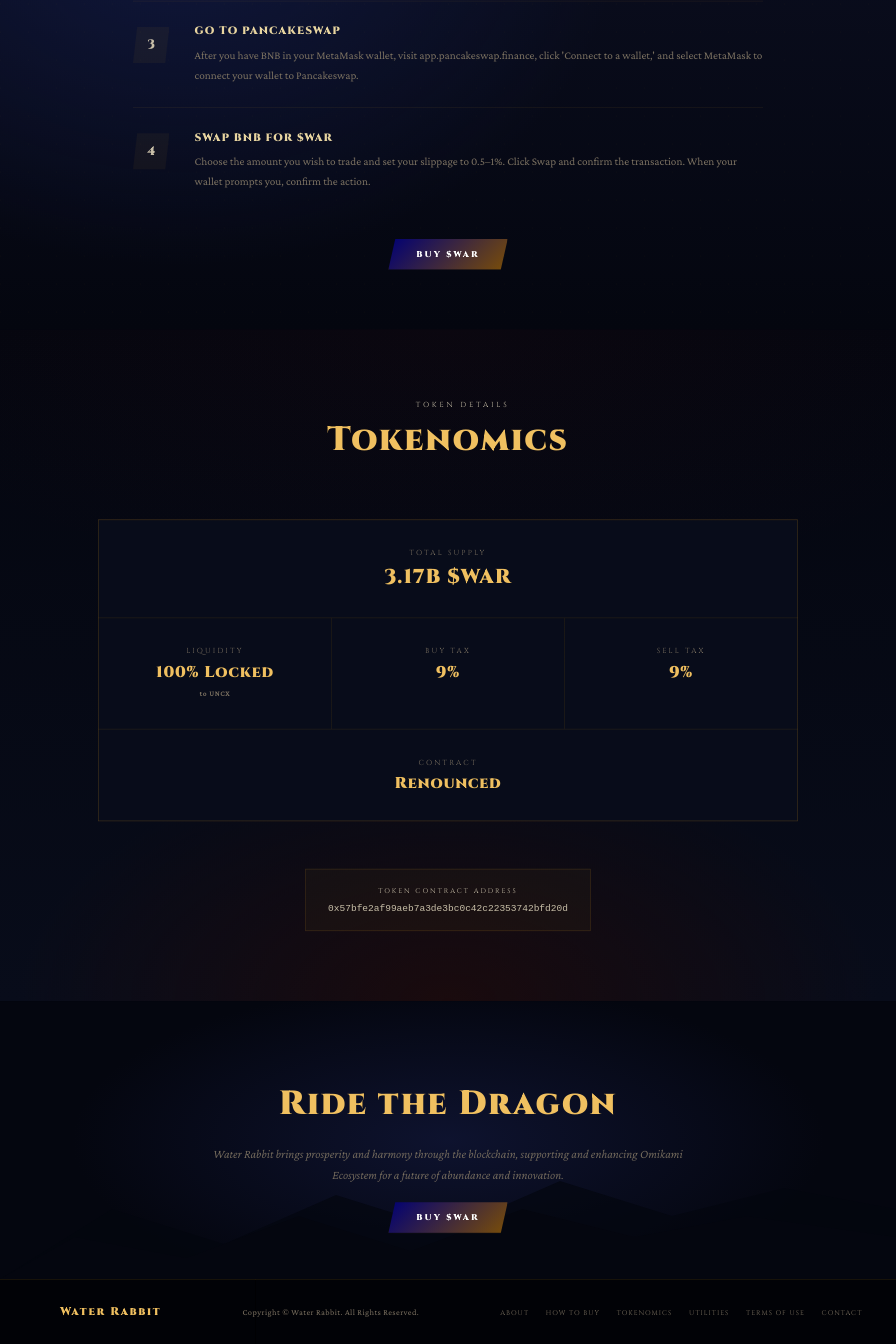
Repository: joshuaonazi/waterrabbit
Page: index.html
An editor plug-in stored every save of this project. The page is shown before and after the next save, followed by the edit.
The browser window is 1280 px wide. The pictures show the part of the page from y = 2433 to 4353 px (the page is 4353 px tall), at 70% of full size.

Above is the page before, as saved 2026-04-24 20:56:12.

### index.html
<!DOCTYPE html>
<html lang="en">

<head>
    <meta charset="UTF-8" />
    <meta name="viewport" content="width=device-width, initial-scale=1.0" />
    <title>WATER RABBIT</title>
    <link rel="preconnect" href="https://fonts.googleapis.com">
    <link href="https://fonts.googleapis.com/css2?family=Cinzel:wght@400;600;900&family=Crimson+Pro:ital,wght@0,300;0,400;1,300&display=swap" rel="stylesheet">
    <link rel="stylesheet" href="styles.css">
</head>

<body>

    <!-- NAVBAR -->
    <nav>
        <a href="#" class="nav-logo">
            <img src="/assets/Rabbit.png" alt="Water Rabbit Logo" />
        </a>
        <ul class="nav-links">
            <li><a href="#about">About</a></li>
            <li><a href="#buy">How to Buy</a></li>
            <li><a href="#tokenomics">Tokenomics</a></li>
            <li><a href="#footer-cta">Utilities</a></li>
            <li><a href="/assets/Water-Rabbit-English-wp.pdf" target="_blank">Whitepaper</a></li>
        </ul>
        <a href="https://pancakeswap.finance/swap?outputCurrency=0x57bfe2af99aeb7a3de3bc0c42c22353742bfd20d" target="_blank" class="btn-buy">Buy Now</a>
        <button class="hamburger" aria-label="Toggle menu">
            <span></span>
            <span></span>
            <span></span>
        </button>
    </nav>

    <!-- HERO -->
    <section id="hero">
        <div class="hero-sky"></div>
        <div class="stars"></div>
        <div class="moon"></div>
        <div class="hero-coin"></div>

        <!-- Mountain silhouettes -->
        <div class="mountains">
            <svg viewBox="0 0 1440 400" xmlns="http://www.w3.org/2000/svg" preserveAspectRatio="none" style="width:100%;height:100%;position:absolute;bottom:0;">
      <defs>
        <linearGradient id="mtn1" x1="0" y1="0" x2="0" y2="1">
          <stop offset="0%" stop-color="#0f1a2e"/>
          <stop offset="100%" stop-color="#070c18"/>
        </linearGradient>
        <linearGradient id="mtn2" x1="0" y1="0" x2="0" y2="1">
          <stop offset="0%" stop-color="#0a1220"/>
          <stop offset="100%" stop-color="#04060f"/>
        </linearGradient>
        <linearGradient id="mtn3" x1="0" y1="0" x2="0" y2="1">
          <stop offset="0%" stop-color="#060d1a"/>
          <stop offset="100%" stop-color="#04060f"/>
        </linearGradient>
      </defs>
      <!-- Far mountains -->
      <polygon points="0,400 200,180 380,280 560,150 720,240 900,120 1100,200 1280,160 1440,220 1440,400" fill="url(#mtn1)" opacity="0.6"/>
      <!-- Mid mountains -->
      <polygon points="0,400 150,250 350,320 500,210 680,300 820,180 1000,260 1200,190 1440,270 1440,400" fill="url(#mtn2)" opacity="0.85"/>
      <!-- Near mountains -->
      <polygon points="0,400 100,310 300,360 450,280 600,350 800,260 1000,330 1200,280 1440,320 1440,400" fill="url(#mtn3)"/>
      <!-- Ground -->
      <rect x="0" y="380" width="1440" height="20" fill="#04060f"/>
    </svg>
        </div>

        <div class="hero-content">
            <div class="hero-eyebrow">Guardian of Omikami Ecosystem</div>
            <h1 class="hero-title">Water Rabbit</h1>
            <p class="hero-subtitle">Dragon of the Blockchain</p>
            <p class="hero-desc">
                Water Rabbit brings prosperity and harmony through the blockchain, supporting and enhancing Omikami Ecosystem for a future of abundance and innovation.
            </p>
            <div class="hero-cta-group">
                <a href="https://pancakeswap.finance/swap?outputCurrency=0x57bfe2af99aeb7a3de3bc0c42c22353742bfd20d" target="_blank" class="btn-primary">Buy WAR</a>
                <a href="#about" class="btn-ghost">View Info</a>
            </div>
        </div>
    </section>

    <!-- ABOUT -->
    <section id="about">
        <div class="about-grid">
            <div class="about-text fade-up">
                <div class="section-label">Origins</div>
                <h2 class="section-title">About <br>Water Rabbit</h2>
                <div class="divider"></div>
                <p>
                    Water Rabbit ($WAR) is a deflationary token on Binance Smart Chain, launched in the year 2022 by Shanvere DAO. Its name draws from the Chinese Lunar Calendar (The Year of The Water Rabbit) and the Zodiac Jade Rabbit's symbolism of patience, endurance, and transformation is woven into the project's long-term philosophy.
                </p>
                <p>
                    From its first day, the project positioned itself against the meme-coin stereotype. The core mission is to evolve $WAR into a functioning digital currency — one that operates as a medium of exchange, a store of value, and a unit of account. These are the three classical functions of money. Three years after launching at a $755 market cap, the project is still here, still building, and still on track.
                </p>

                <div class="about-features">
                    <div class="feature-item">
                        <h4>Security Architecture</h4>
                        <p>
                            <li> Ownership Renounced: The deployer wallet permanently surrendered contract control.</li>
                            <li> Liquidity Locked: 99% of the liquidity pool is locked on UNCX.</li>
                            <li> Contract Audited: Independent security review completed with no major issues identified.</li>
                            <li> Verified on BscScan: Full source code is publicly visible. No hidden functions, no backdoors.</li>
                        </p>
                    </div>
                    <div class="feature-item">
                        <h4>No Presale · Zero Taxes · Liquidity Locked</h4>
                        <p>Water Rabbit brings prosperity and harmony through the blockchain, supporting and enhancing Omikami Ecosystem for a future of abundance and innovation.</p>
                    </div>
                </div>
            </div>

            <div class="about-visual fade-up">
                <div class="dragon-orb">
                    <span class="dragon-kanji">龍</span>
                </div>
            </div>
        </div>
    </section>

    <!-- HOW TO BUY -->
    <section id="buy">
        <div class="buy-inner">
            <div class="fade-up">
                <div class="section-label">Step by Step</div>
                <h2 class="section-title">How to Buy Water Rabbit (WAR)<br>on Pancakeswap</h2>
                <div class="divider"></div>
            </div>

            <div class="steps">
                <div class="step fade-up">
                    <div class="step-num">1</div>
                    <div class="step-body">
                        <h3>Create a Wallet</h3>
                        <p>If you don't have one yet, start by creating a MetaMask, TrustWallet, or any preferred wallet. MetaMask allows you to buy, sell, send, and receive $RYU. Ensure to keep your recovery phrase in a safe place.</p>
                    </div>
                </div>
                <div class="step fade-up">
                    <div class="step-num">2</div>
                    <div class="step-body">
                        <h3>Get Some BNB</h3>
                        <p>If your wallet doesn't have BNB, you can purchase it directly through MetaMask, transfer it from another wallet, or buy it on a centralized exchange and then withdraw it to your wallet.</p>
                    </div>
                </div>
                <div class="step fade-up">
                    <div class="step-num">3</div>
                    <div class="step-body">
                        <h3>Go to Pancakeswap</h3>
                        <p>After you have BNB in your MetaMask wallet, visit app.pancakeswap.finance, click 'Connect to a wallet,' and select MetaMask to connect your wallet to Pancakeswap.</p>
                    </div>
                </div>
                <div class="step fade-up">
                    <div class="step-num">4</div>
                    <div class="step-body">
                        <h3>Swap BNB for $WAR</h3>
                        <p>Choose the amount you wish to trade and set your slippage to 0.5–1%. Click Swap and confirm the transaction. When your wallet prompts you, confirm the action.</p>
                    </div>
                </div>
            </div>

            <div class="buy-cta fade-up">
                <a href="https://pancakeswap.finance/swap?outputCurrency=0x57bfe2af99aeb7a3de3bc0c42c22353742bfd20d" target="_blank" class="btn-primary">Buy $WAR</a>
            </div>
        </div>
    </section>

    <!-- TOKENOMICS -->
    <section id="tokenomics">
        <div class="token-inner fade-up">
            <div class="section-label" style="justify-content:center;">Token Details</div>
            <h2 class="section-title">Tokenomics</h2>
            <div class="divider" style="margin:0 auto 0;"></div>

            <div class="token-grid">
                <div class="token-cell token-supply">
                    <div class="token-label">Total Supply</div>
                    <div class="token-value">3.17B $WAR</div>
                </div>
                <div class="token-cell">
                    <div class="token-label">Liquidity</div>
                    <div class="token-value">100% Locked<br><small style="font-size:0.65rem;color:var(--text-dim);font-family:'Crimson Pro',serif;">to UNCX</small></div>
                </div>
                <div class="token-cell">
                    <div class="token-label">Buy Tax</div>
                    <div class="token-value">9%</div>
                </div>
                <div class="token-cell">
                    <div class="token-label">Sell Tax</div>
                    <div class="token-value">9%</div>
                </div>
                <div class="token-cell" style="grid-column:span 3;">
                    <div class="token-label">Contract</div>
                    <div class="token-value">Renounced</div>
                </div>
            </div>

            <div class="token-address">
                <div class="addr-label">Token Contract Address</div>
                <code>0x57bfe2af99aeb7a3de3bc0c42c22353742bfd20d</code>
            </div>
        </div>
    </section>

    <!-- FOOTER CTA -->
    <section id="footer-cta">
        <div class="footer-mountains">
            <svg viewBox="0 0 1440 200" xmlns="http://www.w3.org/2000/svg" preserveAspectRatio="none" style="width:100%;height:100%;position:absolute;bottom:0;">
      <polygon points="0,200 180,100 360,150 540,80 720,130 900,60 1080,110 1260,70 1440,100 1440,200" fill="#04060f" opacity="0.7"/>
      <polygon points="0,200 120,140 300,170 480,110 660,160 840,100 1020,140 1200,110 1440,140 1440,200" fill="#04060f"/>
    </svg>
        </div>

        <div class="footer-cta-content fade-up">
            <h2 class="section-title">Ride the Dragon</h2>
            <p>Water Rabbit brings prosperity and harmony through the blockchain, supporting and enhancing Omikami Ecosystem for a future of abundance and innovation.</p>
            <a href="https://pancakeswap.finance/swap?outputCurrency=0x57bfe2af99aeb7a3de3bc0c42c22353742bfd20d" target="_blank" class="btn-primary">Buy $WAR</a>
        </div>
    </section>

    <!-- FOOTER -->
    <footer>
        <a href="#" class="footer-logo">
            <div class="logo-icon"></div>
            Water Rabbit
        </a>
        <span class="footer-copy">Copyright &copy; Water Rabbit. All Rights Reserved.</span>
        <ul class="footer-links">
            <li><a href="#about">About</a></li>
            <li><a href="#buy">How to Buy</a></li>
            <li><a href="#tokenomics">Tokenomics</a></li>
            <li><a href="#footer-cta">Utilities</a></li>
            <li><a href="#">Terms of Use</a></li>
            <li><a href="#">Contact</a></li>
        </ul>
    </footer>

    <script src="index.js"></script>
</body>

</html>

Loaded but not shown: index.js (29 lines, source omitted); styles.css (876 lines, source omitted)

After the next save:
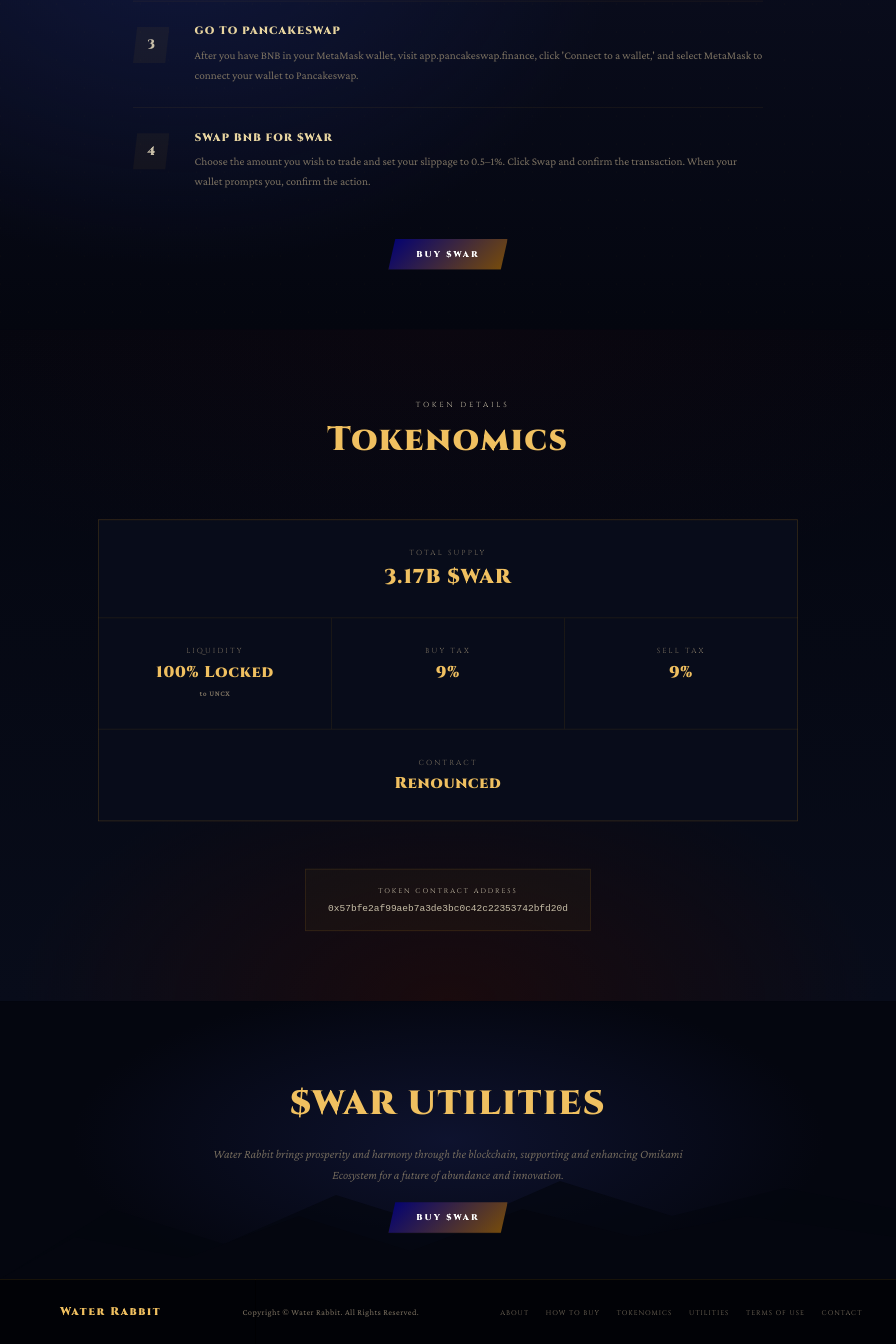
Saved 7 min 57 s later.
--- a/index.html
+++ b/index.html
@@ -213,7 +213,7 @@
         </div>
 
         <div class="footer-cta-content fade-up">
-            <h2 class="section-title">Ride the Dragon</h2>
+            <h2 class="section-title">$WAR UTILITIES</h2>
             <p>Water Rabbit brings prosperity and harmony through the blockchain, supporting and enhancing Omikami Ecosystem for a future of abundance and innovation.</p>
             <a href="https://pancakeswap.finance/swap?outputCurrency=0x57bfe2af99aeb7a3de3bc0c42c22353742bfd20d" target="_blank" class="btn-primary">Buy $WAR</a>
         </div>
